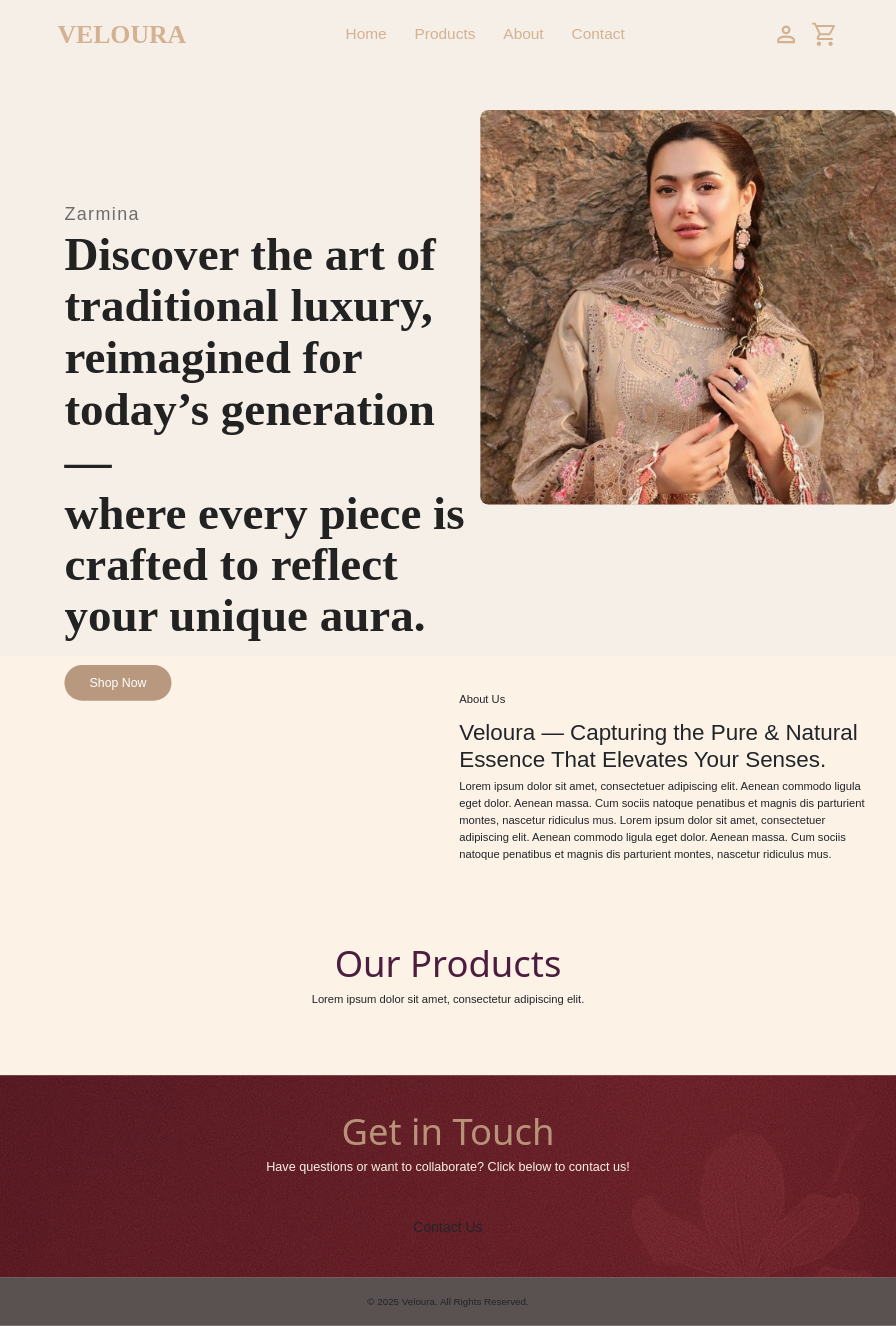
Repository: ayeshatehreem77/Clothing-store
Page: / (app in perfumes-app/)
These files come from the project's save history. The page is drawn as it stood at one moment and after the next save; the edit follows.
The browser window is 1280 px wide. The pictures show the whole page, at 70% of full size.
Pictures or frames that could not be fetched are drawn as grey boxes. The page's requests for data from a server got no answer. The project was rebuilt for these pictures with package versions that can differ from the ones it lists, and the page was loaded fresh each time. No one was signed in, and anything a server would have sent is missing. Also part of the build but not shown: perfumes-app/src/components/Alert.js.

Above is the page before, as saved 2025-10-28 23:43:13.

After the next save:
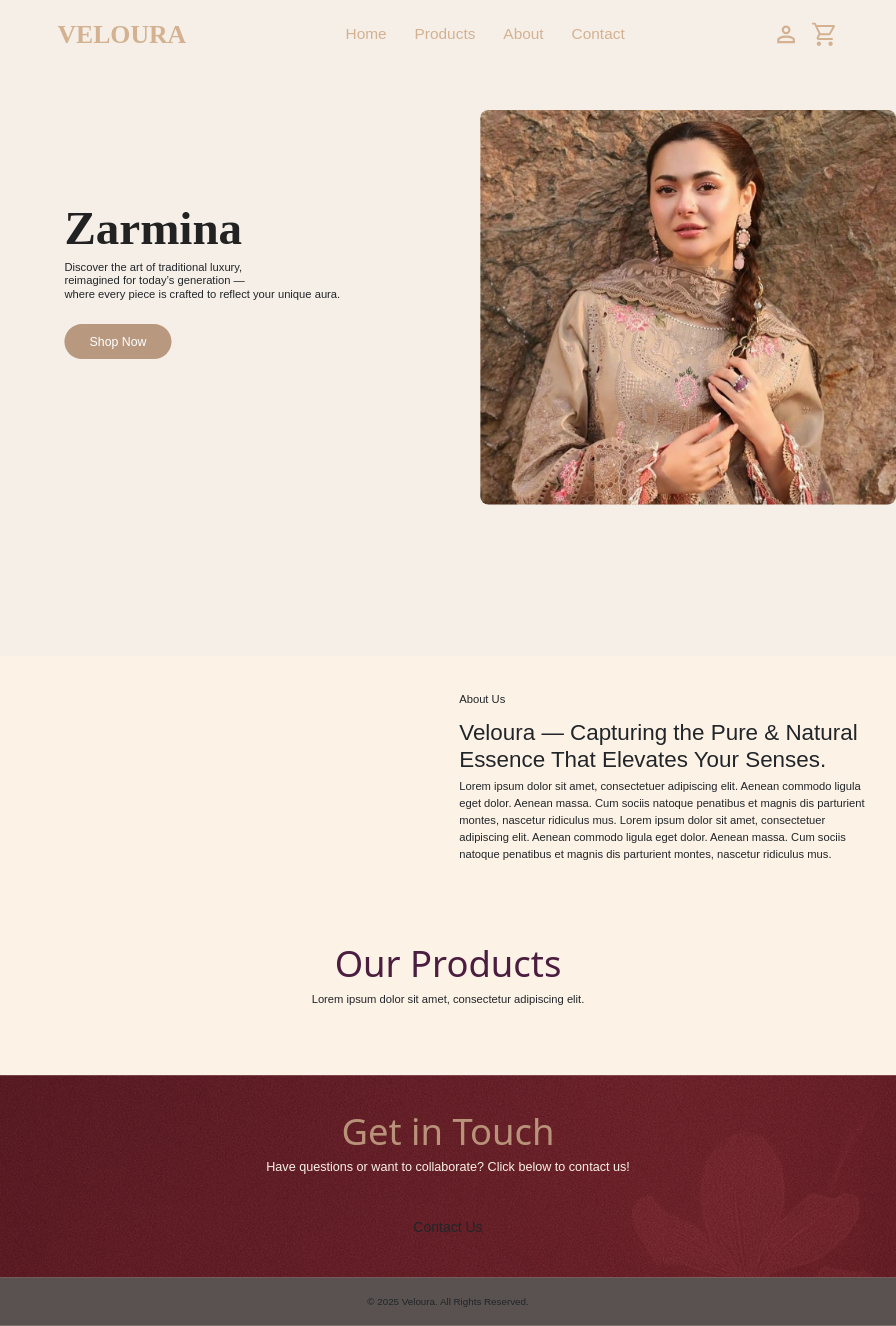
Saved 28 s later.
--- a/perfumes-app/src/components/Hero.js
+++ b/perfumes-app/src/components/Hero.js
@@ -10,10 +10,10 @@ function Hero() {
         {/* Left Main Image Box */}
         <div className="hero-left">
           <div className="hero-text">
-            <h2>Zarmina</h2>
-            <h1>
+            <h1>Zarmina</h1>
+            <h6>
               Discover the art of traditional luxury, <br/> reimagined for today’s generation — <br/> where every piece is crafted to reflect your unique aura.
-            </h1>
+            </h6>
             <button className="shop-btn">Shop Now</button>
           </div>
         </div>
